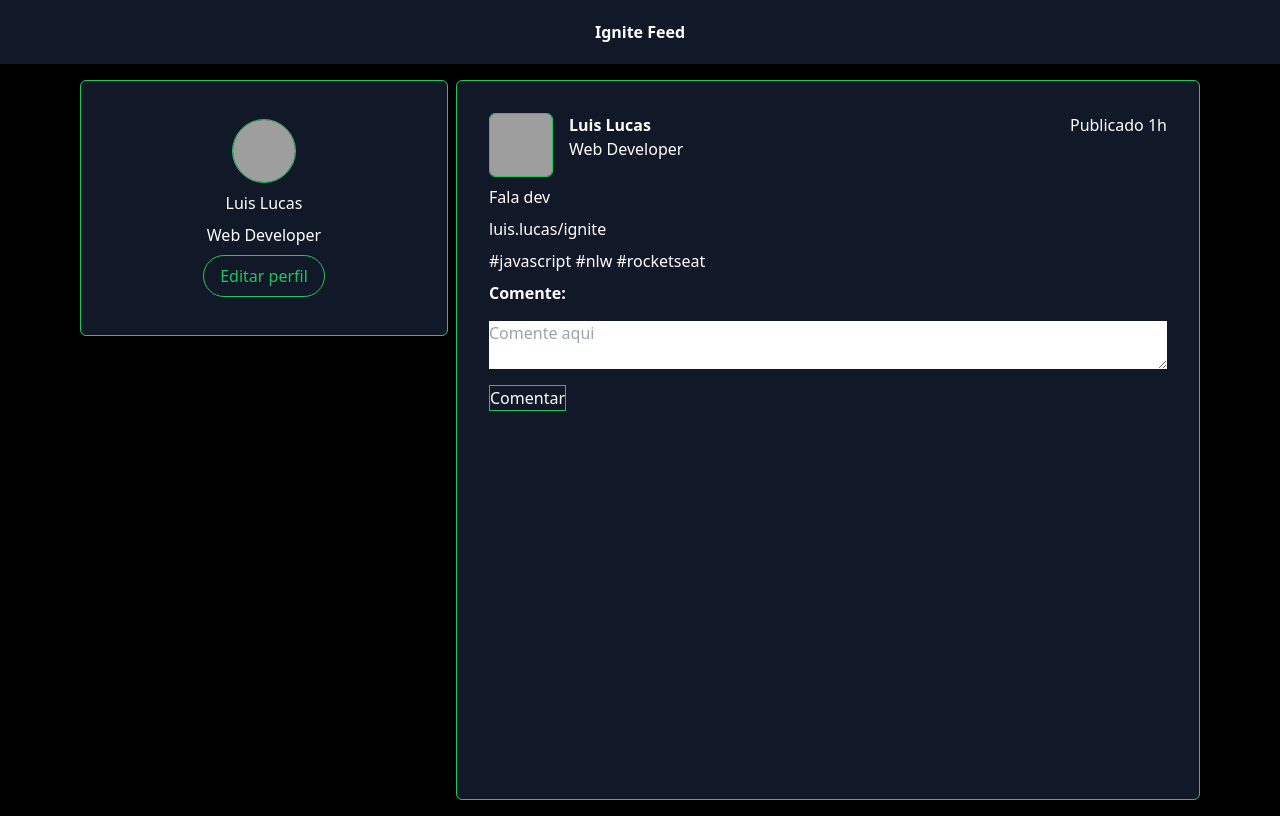
Repository: LuisSempre/ignite-feed
Page: /
The author's editor kept a copy of each file at every save. The page is drawn from the files as they stood at one save, then again after the next save.
The browser window is 1280 px wide. The pictures show the whole page.
Pictures or frames that could not be fetched are drawn as grey boxes. The project was rebuilt for these pictures with package versions that can differ from the ones it lists, and the page was loaded fresh each time. Also part of the build but not shown: vite.config.js.

Above is the page before, as saved 2022-07-13 23:26:18.

### src/App.jsx
import { Header } from "./Components/Header"
import { Sidebar } from "./Components/Sidebar"
import { Post } from "./Components/Post"
function App() {
  return (
    <div>
      <Header />
      <div className="max-w-6xl mx-auto p-4 grid grid-cols-3 gap-2 items-start">
        <Sidebar />
        <div className="col-span-2">
         <Post />
        </div>
      </div>
    </div>
  );
}

export default App;

### src/index.css
@tailwind base;
@tailwind components;
@tailwind utilities;

body {
    @apply bg-black text-white;
}

### src/Components/Header.jsx
export function Header() {
  return (
    <div className="flex items-center justify-center h-16 bg-gray-900 mx-auto w-full">
      <h1 className="font-bold bg-gray-900">Ignite Feed</h1>
    </div>
  )
}

### src/Components/Sidebar.jsx
export function Sidebar() {
  return (
    <div className="rounded-md bg-gray-900 justify-center items-center flex flex-col text-center h-64 space-y-2  border border-green-500">
        <img
          className="w-16 h-16 rounded-full overflow-hidden object-cover border border-green-500"
          src="https://avatars.githubusercontent.com/u/32404639?v=4"
          alt=""
        />
        <h1>Luis Lucas</h1>
        <span>Web Developer</span>
        <a
          href=""
          className="border border-green-500 px-4 py-2 rounded-full text-green-500"
        >
          Editar perfil
        </a>
    </div>
  );
}

### src/Components/Post.jsx
export function Post() {
  return (
    <div className=" bg-gray-900 rounded-md h-screen space-y-2 p-8 border border-green-500">
      <div className="flex justify-between ">
        <div className="flex gap-4">
          <img
            className="h-16 w-16 border border-green-500 rounded-md"
            src="https://github.com/luissempre.png"
            alt=""
          />
          <div className="flex flex-col">
            <strong>Luis Lucas </strong>
            <span>Web Developer</span>
          </div>
        </div>
        <div>
          <time dataTime="2022-05-11 08:13:00">Publicado 1h</time>
        </div>
      </div>
      <div className="space-y-2">
        <p>Fala dev</p>
        <p>luis.lucas/ignite</p>
        <p>#javascript #nlw #rocketseat</p>
      </div>

      <form className="flex flex-col justify-start items-start space-y-4">
        <strong>Comente:</strong>
        <textarea className="w-full" placeholder="Comente aqui" />
        <button
        type="submit"
        className="border border-green-500"
        >Comentar</button>
      </form>
    </div>
  );
}

Loaded but not shown: index.html (common file); src/main.jsx (common file); tailwind.config.js (common file)

After the next save:
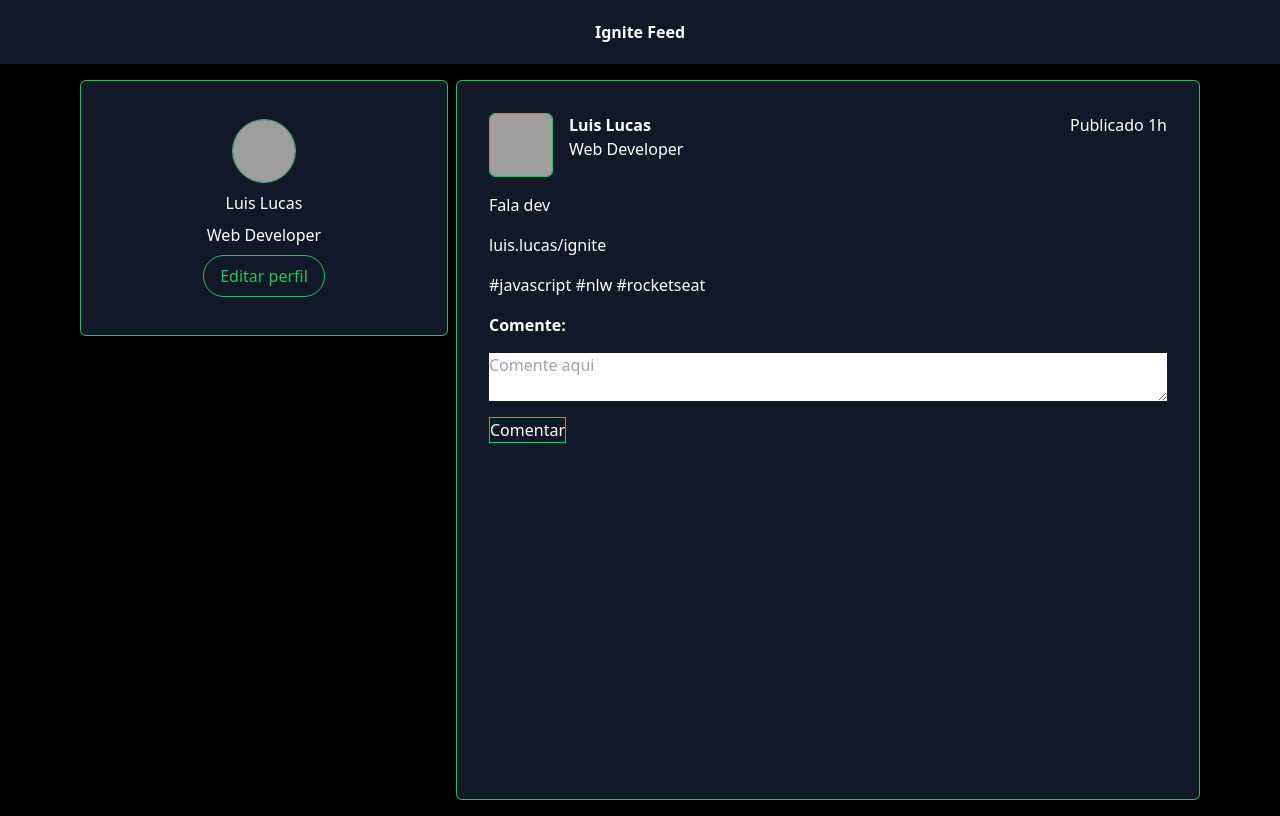
Saved 16 s later.
--- a/src/Components/Post.jsx
+++ b/src/Components/Post.jsx
@@ -1,6 +1,6 @@
 export function Post() {
   return (
-    <div className=" bg-gray-900 rounded-md h-screen space-y-2 p-8 border border-green-500">
+    <div className=" bg-gray-900 rounded-md h-screen space-y-4 p-8 border border-green-500">
       <div className="flex justify-between ">
         <div className="flex gap-4">
           <img
@@ -17,7 +17,7 @@ export function Post() {
           <time dataTime="2022-05-11 08:13:00">Publicado 1h</time>
         </div>
       </div>
-      <div className="space-y-2">
+      <div className="space-y-4">
         <p>Fala dev</p>
         <p>luis.lucas/ignite</p>
         <p>#javascript #nlw #rocketseat</p>
